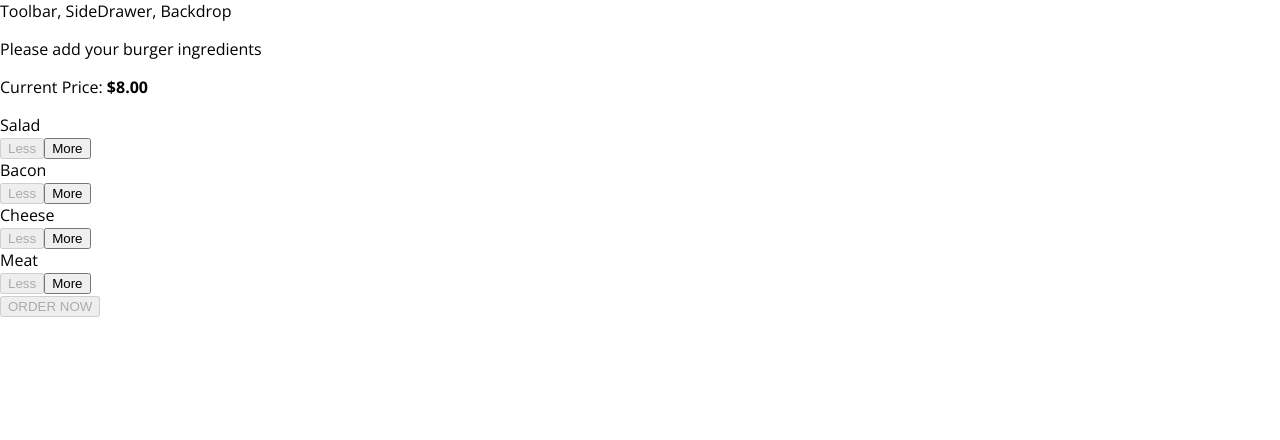
Repository: legil/burger-app
Page: /
The author's editor kept a copy of each file at every save. The page is drawn from the files as they stood at one save, then again after the next save.
The browser window is 1280 px wide. The pictures show the whole page.
The project was rebuilt for these pictures with package versions that can differ from the ones it lists, and the page was loaded fresh each time. Also part of the build but not shown: src/components/Layout/Layout.css, src/components/Burger/Burger.css, src/components/Burger/BurgerIngredient/BurgerIngredient.css, src/components/Burger/BuildControls/BuildControls.css, src/components/Burger/BuildControl/BuildControl.css, src/components/UI/Modal/Modal.css.

Above is the page before, as saved 2019-04-19 16:35:25.

After the next save:
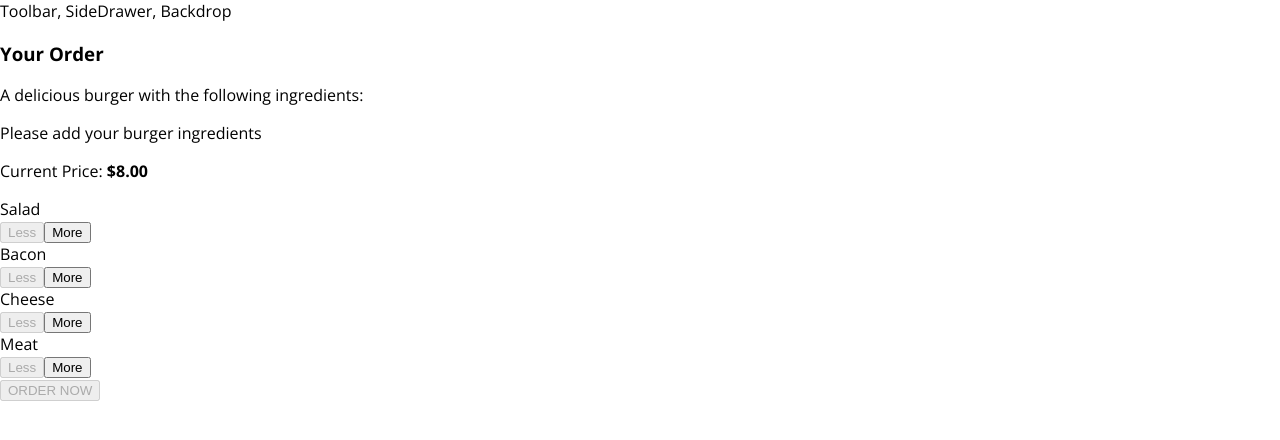
Saved 7 min 53 s later.
--- a/src/containers/BurgerBuilder/BurgerBuilder.js
+++ b/src/containers/BurgerBuilder/BurgerBuilder.js
@@ -4,6 +4,7 @@ import Aux from '../../hoc/Auxiliary';
 import Burger from '../../components/Burger/Burger';
 import BuildControls from '../../components/Burger/BuildControls/BuildControls';
 import Modal from '../../components/UI/Modal/Modal';
+import OrderSummary from '../../components/Burger/OrderSummary/OrderSummary';
 
 
 const  INGREDIENT_PRICES = {
@@ -82,7 +83,9 @@ removeIngredientHandler = (type) => {
         // {salad: true, meat: false, ...}
         return (
             <Aux>
-                <Modal />
+                <Modal>
+                    <OrderSummary ingredients={this.state.ingredients}></OrderSummary>
+                </Modal>
                 <Burger ingredients = {this.state.ingredients} />
                 <BuildControls ingredientAdded={this.addIngredientHandler}
                                ingredientRemoved={this.removeIngredientHandler}
